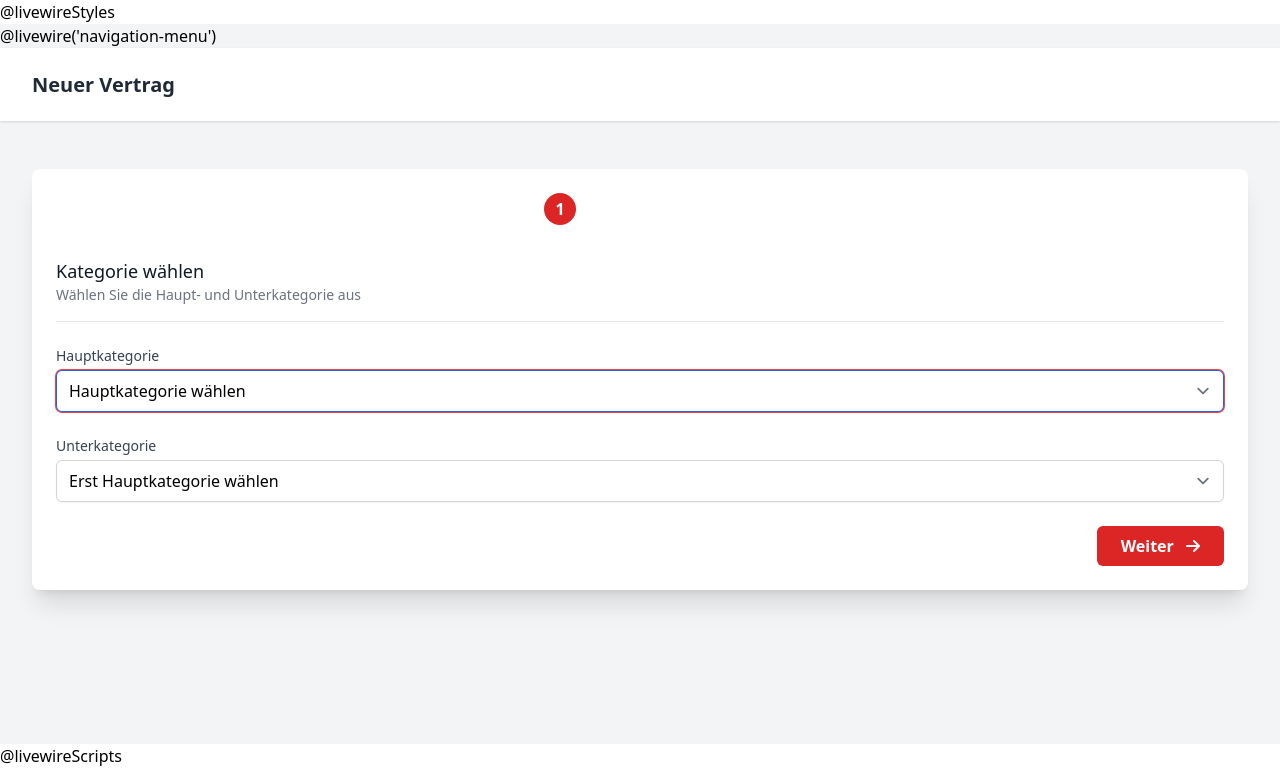
Repository: asanduk/vodafone
Page: resources/views/contracts/create.blade.php
The author's editor kept a copy of each file at every save. The page is drawn from the files as they stood at one save, then again after the next save.
The browser window is 1280 px wide. The pictures show the whole page.
The page is served by the project's Laravel application, run on PHP 8.4 with Laravel 12. The template is opened directly, without the code that normally fills it, so the values that code supplies are empty.

Above is the page before, as saved 2025-04-01 22:32:33.

After the next save:
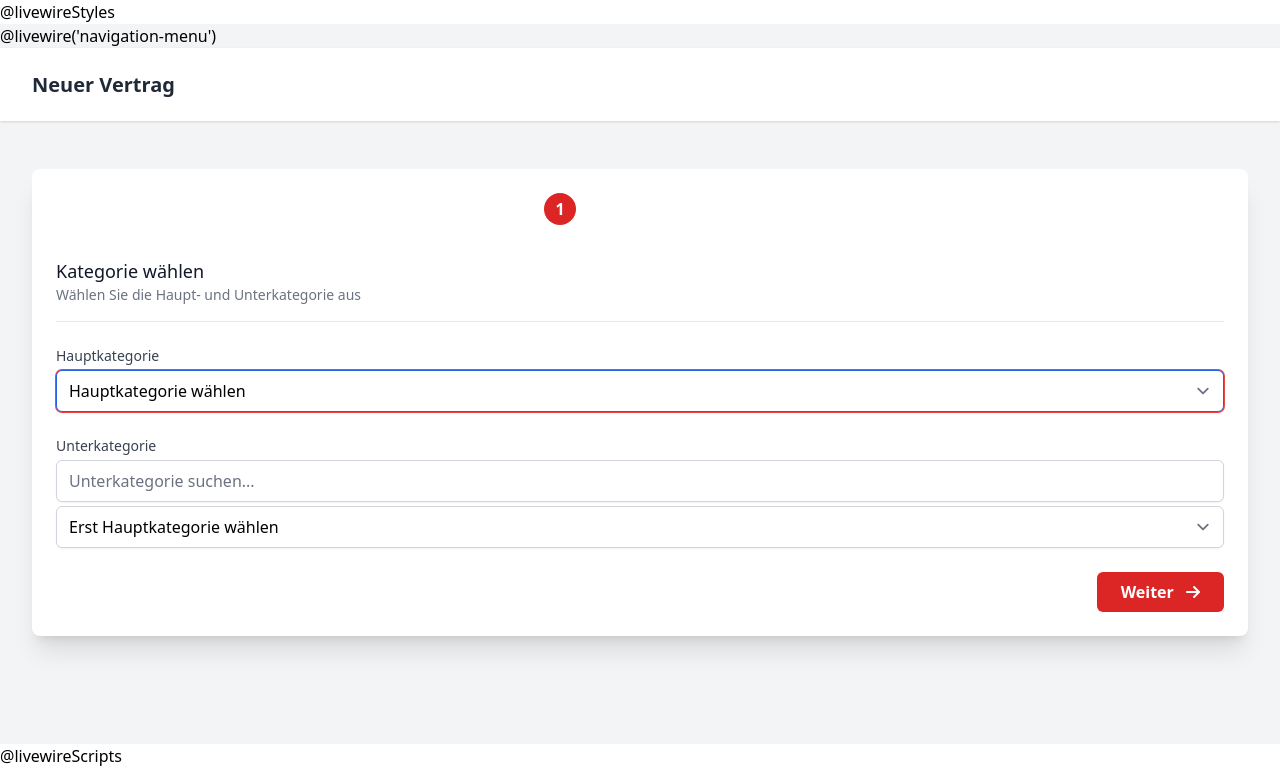
Saved 11 min 44 s later.
--- a/resources/views/contracts/create.blade.php
+++ b/resources/views/contracts/create.blade.php
@@ -50,9 +50,18 @@
 
                             <div>
                                 <x-label for="subcategory_id" value="{{ __('Unterkategorie') }}" />
-                                <select name="subcategory_id" id="subcategory_id" class="mt-1 block w-full border-gray-300 rounded-md shadow-sm focus:ring-red-500 focus:border-red-500">
-                                    <option value="">Erst Hauptkategorie wählen</option>
-                                </select>
+                                <div class="relative">
+                                    <input type="text"
+                                           id="subcategory_search"
+                                           class="mt-1 block w-full border-gray-300 rounded-md shadow-sm focus:ring-red-500 focus:border-red-500"
+                                           placeholder="Unterkategorie suchen..."
+                                           autocomplete="off">
+                                    <select name="subcategory_id"
+                                            id="subcategory_id"
+                                            class="mt-1 block w-full border-gray-300 rounded-md shadow-sm focus:ring-red-500 focus:border-red-500">
+                                        <option value="">Erst Hauptkategorie wählen</option>
+                                    </select>
+                                </div>
                                 @error('subcategory_id')
                                     <p class="text-red-500 text-xs mt-1">{{ $message }}</p>
                                 @enderror
@@ -235,21 +244,45 @@
             document.getElementById('category_id').focus();
         }
 
-        // Sayfa yüklendiğinde ilk adımı göster
+        // Alt kategori arama fonksiyonu
+        function filterSubcategories(searchText) {
+            const subcategorySelect = document.getElementById('subcategory_id');
+            const options = subcategorySelect.options;
+
+            for (let i = 0; i < options.length; i++) {
+                const option = options[i];
+                const text = option.text.toLowerCase();
+                const search = searchText.toLowerCase();
+
+                if (text.includes(search)) {
+                    option.style.display = '';
+                } else {
+                    option.style.display = 'none';
+                }
+            }
+        }
+
+        // Sayfa yüklendiğinde
         document.addEventListener('DOMContentLoaded', function() {
             updateStepIndicators(1);
 
             // Kategori seçimine otomatik odaklan
             document.getElementById('category_id').focus();
 
-            // Diğer event listener'lar...
             const categorySelect = document.getElementById('category_id');
             const subcategorySelect = document.getElementById('subcategory_id');
+            const subcategorySearch = document.getElementById('subcategory_search');
             const commissionInput = document.getElementById('commission_amount');
+
+            // Alt kategori arama event listener'ı
+            subcategorySearch.addEventListener('input', function() {
+                filterSubcategories(this.value);
+            });
 
             categorySelect.addEventListener('change', async function() {
                 const categoryId = this.value;
                 subcategorySelect.innerHTML = '<option value="">Unterkategorie wählen</option>';
+                subcategorySearch.value = '';
                 commissionInput.value = '';
 
                 if (!categoryId) return;
@@ -257,6 +290,9 @@
                 try {
                     const response = await fetch(`/categories/${categoryId}/subcategories`);
                     const subcategories = await response.json();
+
+                    // Alt kategorileri kullanım sayısına göre sırala
+                    subcategories.sort((a, b) => b.usage_count - a.usage_count);
 
                     subcategories.forEach(subcategory => {
                         const option = new Option(subcategory.name, subcategory.id);
@@ -269,18 +305,12 @@
                 }
             });
 
+            // Alt kategori seçildiğinde arama alanını temizle
             subcategorySelect.addEventListener('change', function() {
-                const selectedOption = this.options[this.selectedIndex];
-
-                if (!selectedOption.value) {
-                    commissionInput.value = '';
-                    return;
+                if (this.value) {
+                    subcategorySearch.value = '';
+                    filterSubcategories('');
                 }
-
-                const baseCommission = parseFloat(selectedOption.dataset.baseCommission);
-                const commissionRate = parseFloat(selectedOption.dataset.commissionRate);
-                const calculatedCommission = (baseCommission * commissionRate / 100).toFixed(2);
-                commissionInput.value = calculatedCommission;
             });
         });
     </script>
